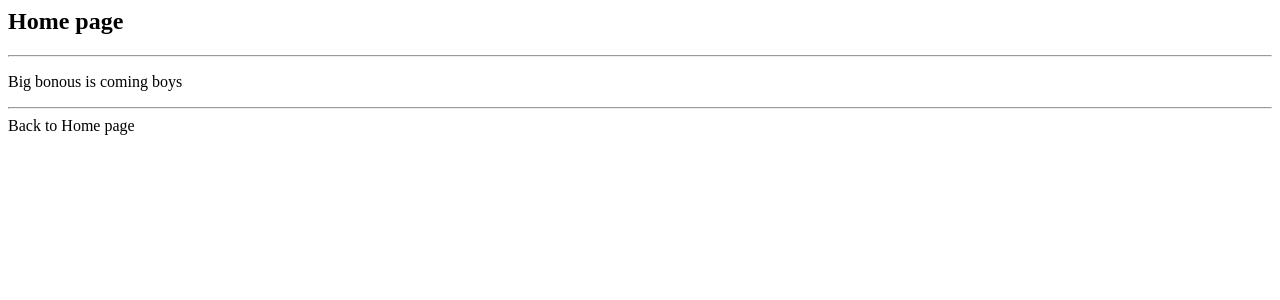
Repository: hardytomp/study-spring-hibernate-jpa-springboot-rest
Page: http://localhost/spring-security-demo-07-user-roles/leaders
An editor plug-in stored every save of this project. The page is shown before and after the next save, followed by the edit.
The browser window is 1280 px wide. The pictures show the whole page.
The page is served by Tomcat 9.

Above is the page before, as saved 2020-04-27 06:22:51.

After the next save:
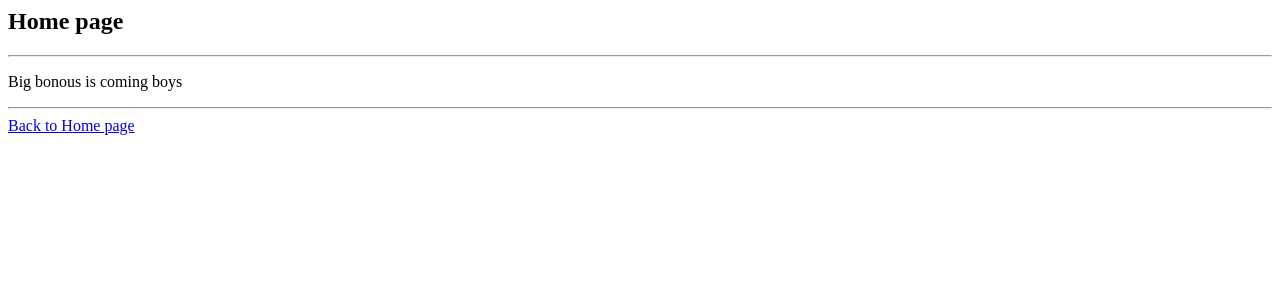
Saved 3 min 47 s later.
--- a/spring-security-demo-07-user-roles/src/main/webapp/WEB-INF/view/leaders.jsp
+++ b/spring-security-demo-07-user-roles/src/main/webapp/WEB-INF/view/leaders.jsp
@@ -11,7 +11,7 @@
 			Big bonous is coming boys
 		</p>
 		<hr>
-		<a= href="${pageContext.request.contextPath}/">Back to Home page</a>
+		<a href="${pageContext.request.contextPath}/">Back to Home page</a>
 
 	</body>
 </html>
